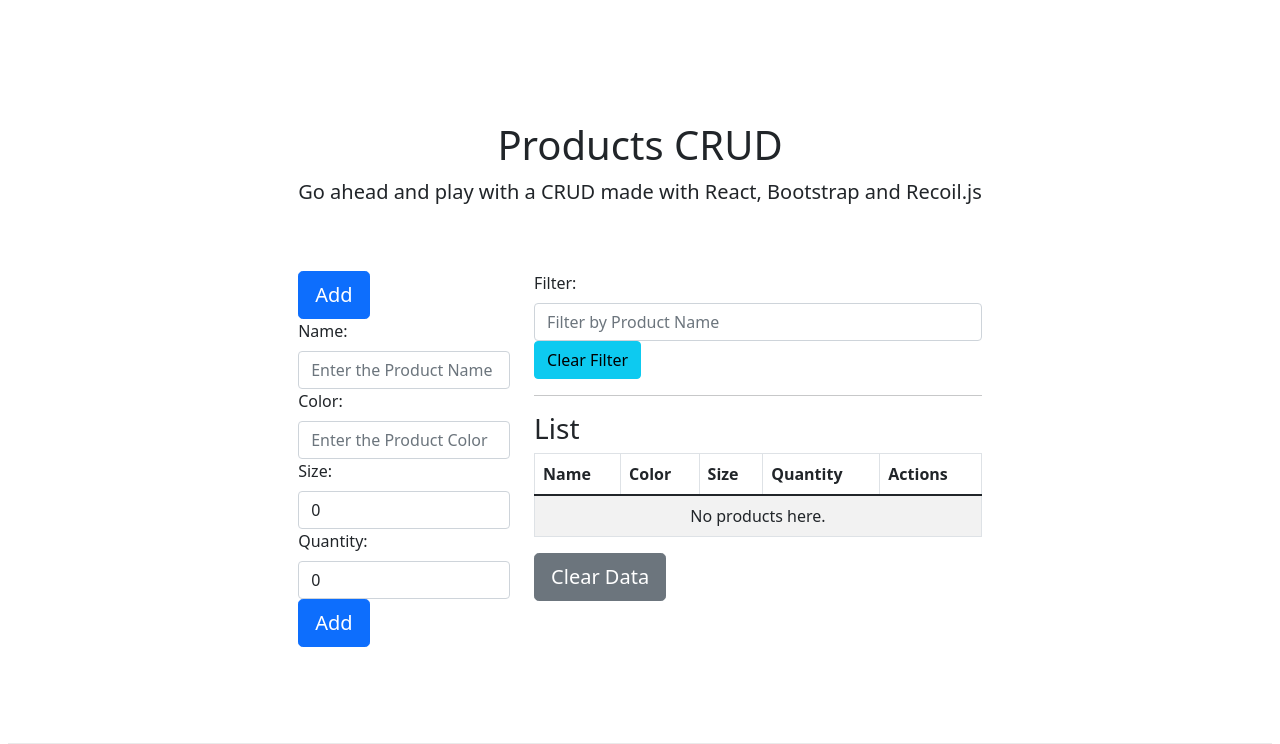
Repository: vperea95/crud-next
Page: /
An editor plug-in stored every save of this project. The page is shown before and after the next save, followed by the edit.
The browser window is 1280 px wide. The pictures show the whole page.
The project was rebuilt for these pictures with package versions that can differ from the ones it lists, and the page was loaded fresh each time. The framework's server and built-in components were replaced by stand-ins that run in the browser. Also part of the build but not shown: next.config.js.

Above is the page before, as saved 2021-11-19 14:22:05.

### pages/index.js
import Head from 'next/head'
import Image from 'next/image'
import styles from '../styles/Home.module.css'
import App from './app'

export default function Home() {
  return (
    <div className={styles.container}>
      <Head>
        <title>Create Next App</title>
        <meta name="description" content="Generated by create next app" />
        <link rel="icon" href="/favicon.ico" />
      </Head>

      <main className={styles.main}>
        <App/>
      </main>

      <footer className={styles.footer}>

      </footer>
    </div>
  )
}

### pages/app.js
import React from "react";
import Container from "react-bootstrap/Container";
import { Row, Col } from "react-bootstrap";

import AddProduct from "../components/AddProduct";
import FilterProducts from "../components/FilterProducts";
import ListProducts from "../components/ListProducts";

function App() {
  return (
    <Container className="p-3">
      <div className="py-5 text-center">
        <h1>Products CRUD</h1>
        <p className="lead">
          Go ahead and play with a CRUD made with React, Bootstrap and Recoil.js
        </p>
      </div>
      <Row>
        <Col>
          <AddProduct />
        </Col>
        <Col className="col-8">
          <FilterProducts />
          <hr />
          <ListProducts />
        </Col>
      </Row>
    </Container>
  );
}

export default App;

### components/AddProduct.js
import React, { useState } from "react";
import { Button} from "react-bootstrap";
import CreateModal from "./modals/AddProduct";


const AddProduct = () => {
  const [showCreate, setShowCreate] = useState(false);
  const handleCreateClose = () => setShowCreate(false);
  const handleCreateShow = () => setShowCreate(true);
  const CreateProduct = () => {
    handleCreateShow();
  };
  return (
    <>
        <Button variant="primary" size="lg" onClick={() => CreateProduct()}>
          Add
        </Button>

        <CreateModal
          show={showCreate}
          handleClose={handleCreateClose}
        />
    </>
  );
};

export default AddProduct;

### components/FilterProducts.js
import React from "react";
import { useRecoilState } from "recoil";

import { filterProductsValue } from "../store";
import { Form, Button } from "react-bootstrap";

const FilterProducts = () => {
  const [filterProductsState, filterProducts] = useRecoilState(
    filterProductsValue
  );

  const filter = (event) => {
    const { value } = event.target;
    filterProducts(value);
  };

  const clearFilter = () => filterProducts("");

  return (
    <Form>
      <Form.Group controlId="name">
        <Form.Label>Filter:</Form.Label>
        <Form.Control
          type="text"
          placeholder="Filter by Product Name"
          value={filterProductsState}
          onChange={(e) => filter(e)}
        />
      </Form.Group>

      <Button variant="info" onClick={() => clearFilter()}>
        Clear Filter
      </Button>
    </Form>
  );
};

export default FilterProducts;

### components/ListProducts.js
import React, { useState } from "react";
import { Table, Button } from "react-bootstrap";

import { useRecoilValue, useResetRecoilState } from "recoil";
import { filterProducts, filterProductsValue, products } from "../store";
import EditModal from "./modals//EditModal";
import DeleteModal from "./modals/DeleteModal";
import CreateModal from "./modals/AddProduct";

const ListProducts = () => {
  const productsState = useRecoilValue(filterProducts);
  const resetList = useResetRecoilState(products);
  const resetfilterProductsValue = useResetRecoilState(filterProductsValue);

  // Modals
  const [showCreate, setShowCreate] = useState(false);
  const [showEdit, setShowEdit] = useState(false);
  const [showDelete, setShowDelete] = useState(false);
  const [userId4Actions, setUserId4Actions] = useState(0);

  const handleCreateClose = () => setShowCreate(false);
  const handleCreateShow = () => setShowCreate(true);

  const handleEditClose = () => setShowEdit(false);
  const handleEditShow = () => setShowEdit(true);

  const handleDeleteClose = () => setShowDelete(false);
  const handleDeleteShow = () => setShowDelete(true);

  const resetAtoms = () => {
    resetList();
    resetfilterProductsValue();
  };

  const editProduct = (id) => {
    handleEditShow();
    setUserId4Actions(id);
  };

  const deleteProduct = (id) => {
    handleDeleteShow();
    setUserId4Actions(id);
  };

  return (
    <>
      <h3>List</h3>

      <Table striped bordered hover responsive>
        <thead>
          <tr>
            <th>Name</th>
            <th>Color</th>
            <th>Size</th>
            <th>Quantity</th>
            <th>Actions</th>
          </tr>
        </thead>
        <tbody>
          {!productsState.length ? (
            <tr>
              <td colSpan="5" style={{ textAlign: "center" }}>
                No products here.
              </td>
            </tr>
          ) : (
            productsState.map((item, index) => (
              <tr key={item.id}>
                <td>{item.name}</td>
                <td>{item.color}</td>
                <td>{item.size}</td>
                <td>{item.quantity}</td>
                <td colSpan="2">
                  <Button
                    variant="secondary"
                    onClick={() => editProduct(item.id)}
                  >
                    Edit
                  </Button>{" "}
                  {" | "}
                  <Button
                    variant="danger"
                    onClick={() => deleteProduct(item.id)}
                  >
                    Delete
                  </Button>
                </td>
              </tr>
            ))
          )}
        </tbody>
      </Table>

      <Button variant="secondary" size="lg" onClick={() => resetAtoms()}>
        Clear Data
      </Button>

      <EditModal
        show={showEdit}
        id={userId4Actions}
        handleClose={handleEditClose}
      />
      {/* <CreateModal
        show={showCreate}
        id={userId4Actions}
        handleClose={handleCreateClose}
      /> */}

      <DeleteModal
        show={showDelete}
        id={userId4Actions}
        handleClose={handleDeleteClose}
      />
    </>
  );
};

export default ListProducts;

### components/modals/AddProduct.js
import React, { useState } from "react";
import { Button, Form } from "react-bootstrap";

import { useSetRecoilState } from "recoil";
import { v4 as uuid4 } from "uuid";
import { products } from "../../store";


const AddProduct = () => {
  const [name, setName] = useState("");
  const [color, setColor] = useState("");
  const [size, setSize] = useState(0.0);
  const [quantity, setQuantity] = useState(0);
  const setProducts = useSetRecoilState(products);

  const onChangeName = (e) => {
    setName(e.target.value);
  };

  const onChangeColor = (e) => {
    setColor(e.target.value);
  };

  const onChangeSize = (e) => {
    setSize(e.target.value);
  };

  const onChangeQuantity = (e) => {
    setQuantity(e.target.value);
  };

  const addProduct = () => {
    setProducts((oldList) => [
      ...oldList,
      {
        id: uuid4(),
        name: name,
        color: color,
        size: size,
        quantity: quantity,
      },
    ]);

    resetForm();
  };

  const resetForm = () => {
    setName("");
    setColor("");
    setSize(0.0);
    setQuantity(0);
  };

  return (
    <Form>
      <Form.Group controlId="name">
        <Form.Label>Name:</Form.Label>
        <Form.Control
          type="text"
          value={name}
          placeholder="Enter the Product Name"
          onChange={(e) => onChangeName(e)}
        />
      </Form.Group>

      <Form.Group controlId="color">
        <Form.Label>Color:</Form.Label>
        <Form.Control
          type="text"
          value={color}
          placeholder="Enter the Product Color"
          onChange={(e) => onChangeColor(e)}
        />
      </Form.Group>

      <Form.Group controlId="size">
        <Form.Label>Size:</Form.Label>
        <Form.Control
          type="number"
          value={size}
          placeholder="Enter the Product Size"
          onChange={(e) => onChangeSize(e)}
        />
      </Form.Group>

      <Form.Group controlId="quantity">
        <Form.Label>Quantity:</Form.Label>
        <Form.Control
          type="number"
          value={quantity}
          placeholder="Enter the Product Quantity"
          onChange={(e) => onChangeQuantity(e)}
        />
      </Form.Group>

      <Button variant="primary" size="lg" onClick={() => addProduct()}>
        Add
      </Button>
    </Form>
  );
};

export default AddProduct;

// function replaceProduct(products, i, newVal) {
//   return [...products.slice(0, i), newVal, ...products.slice(i + 1)];
// }

### store/index.js
export { products, filterProductsValue } from "./atom";
export { filterProducts } from "./selector";

### components/modals/EditModal.js
import React, { useState } from "react";
import { Button, Form, Modal } from "react-bootstrap";
import { useRecoilState } from "recoil";
import { products } from "../../store";

const EditModal = (props) => {
  const { show, id, handleClose } = props;

  const [productList, setProductList] = useRecoilState(products);
  const product = productList.length
    ? productList.find((item) => item.id === id)
    : null;
  const index = productList.findIndex((item) => item === product);

  const [name, setName] = useState("");
  const [color, setColor] = useState("");
  const [size, setSize] = useState(0.0);
  const [quantity, setQuantity] = useState(0);

  const onChangeName = (e) => {
    setName(e.target.value);
  };

  const onChangeColor = (e) => {
    setColor(e.target.value);
  };

  const onChangeSize = (e) => {
    setSize(e.target.value);
  };

  const onChangeQuantity = (e) => {
    setQuantity(e.target.value);
  };

  const updateProduct = () => {
    const newList = replaceProduct(productList, index, {
      ...product,
      name: name,
      color: color,
      size: size,
      quantity: quantity,
    });

    setProductList(newList);
    handleClose();
  };

  return (
    <>
      {product ? (
        <Modal show={show} onHide={handleClose}>
          <Modal.Header closeButton>
            <Modal.Title>Edit the Product</Modal.Title>
          </Modal.Header>
          <Modal.Body>
            <Form>
              <Form.Group controlId="name">
                <Form.Label>Name</Form.Label>
                <Form.Control
                  type="text"
                  placeholder="Enter the Product Name"
                  defaultValue={product.name}
                  onChange={(e) => onChangeName(e)}
                />
              </Form.Group>

              <Form.Group controlId="color">
                <Form.Label>Color</Form.Label>
                <Form.Control
                  type="text"
                  placeholder="Enter the Product Color"
                  defaultValue={product.color}
                  onChange={(e) => onChangeColor(e)}
                />
              </Form.Group>

              <Form.Group controlId="size">
                <Form.Label>Size</Form.Label>
                <Form.Control
                  type="number"
                  placeholder="Enter the Product Size"
                  defaultValue={product.size}
                  onChange={(e) => onChangeSize(e)}
                />
              </Form.Group>

              <Form.Group controlId="quantity">
                <Form.Label>Quantity</Form.Label>
                <Form.Control
                  type="number"
                  placeholder="Enter the Product Quantity"
                  defaultValue={product.quantity}
                  onChange={(e) => onChangeQuantity(e)}
                />
              </Form.Group>
            </Form>
          </Modal.Body>
          <Modal.Footer>
            <Button variant="secondary" onClick={() => handleClose()}>
              Close
            </Button>
            <Button variant="primary" onClick={() => updateProduct()}>
              Save Changes
            </Button>
          </Modal.Footer>
        </Modal>
      ) : (
        ""
      )}
    </>
  );
};

function replaceProduct(products, i, newVal) {
  return [...products.slice(0, i), newVal, ...products.slice(i + 1)];
}

export default EditModal;

### components/modals/DeleteModal.js
import React from "react";
import { Button, Modal } from "react-bootstrap";
import { useRecoilState } from "recoil";

import { products } from "../../store";

const DeleteModal = (props) => {
  const { show, id, handleClose } = props;


  const [productList, setProductList] = useRecoilState(products);
  const product = productList.length
    ? productList.find((item) => item.id === id)
    : null;
  const index = productList.findIndex((item) => item === product);

  const deleteProduct = () => {
    setProductList(removeProduct(productList, index));
    handleClose();
  };

  return (
    <>
      {product ? (
        <Modal show={show} onHide={handleClose}>
          <Modal.Header closeButton>
            <Modal.Title>Delete the Product</Modal.Title>
          </Modal.Header>
          <Modal.Body>Are you sure?</Modal.Body>
          <Modal.Footer>
            <Button variant="secondary" onClick={() => handleClose()}>
              Close
            </Button>
            <Button variant="primary" onClick={() => deleteProduct()}>
              Yes, Do it.
            </Button>
          </Modal.Footer>
        </Modal>
      ) : (
        ""
      )}
    </>
  );
};

function removeProduct(products, i) {
  return [...products.slice(0, i), ...products.slice(i + 1)];
}

export default DeleteModal;

### store/atom.js
import { atom } from "recoil";

export const products = atom({
  key: "products",
  default: [],
});

export const filterProductsValue = atom({
  key: "filterProductsValue",
  default: "",
});

### store/selector.js
import { selector } from "recoil";
import { products, filterProductsValue } from ".";

export const filterProducts = selector({
  key: "filterProducts",
  get: ({ get }) => {
    const productsState = get(products);
    const filterProductsValueState = get(filterProductsValue);

    if (filterProductsValueState.length) {
      return productsState.filter(
        (item) => item.name.includes(filterProductsValueState.trim()) && item
      );
    }
    return products;
  },
});

Loaded but not shown: pages/_app.js (common file); styles/globals.css (common file); styles/Home.module.css (common file)

After the next save:
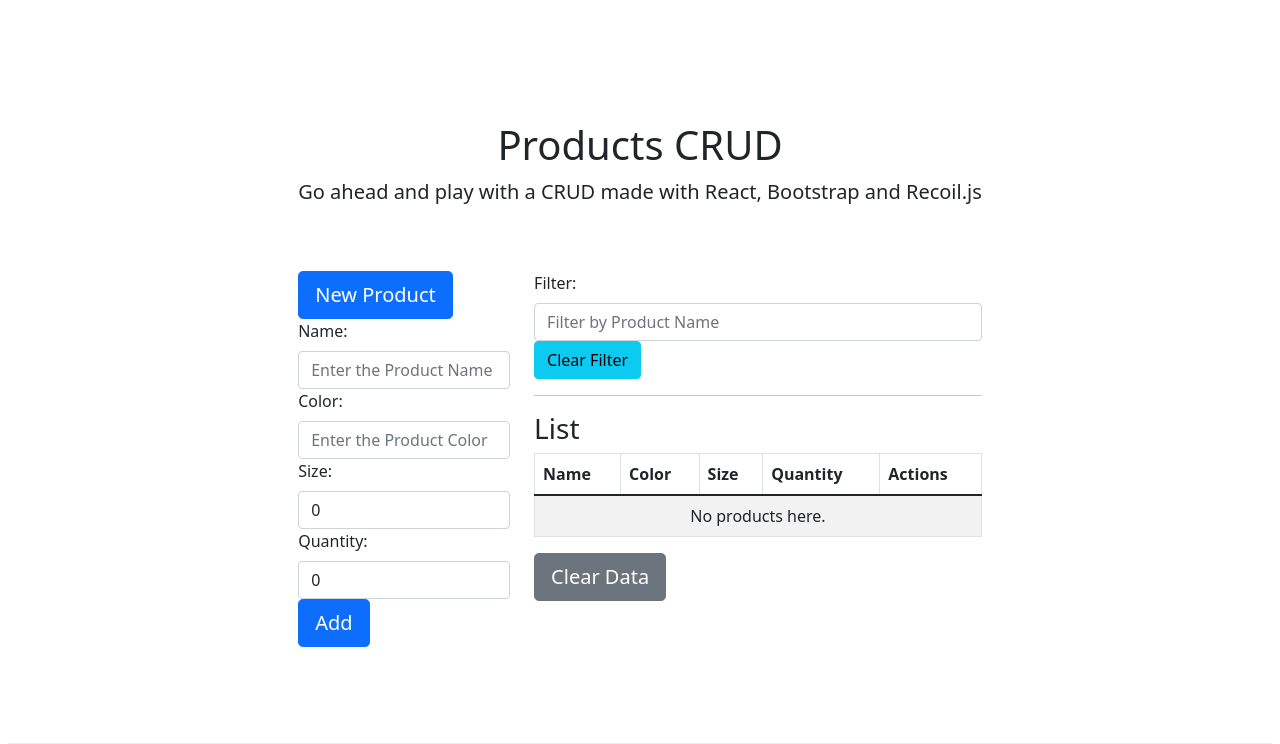
Saved 4 min 5 s later.
--- a/components/AddProduct.js
+++ b/components/AddProduct.js
@@ -13,7 +13,7 @@ const AddProduct = () => {
   return (
     <>
         <Button variant="primary" size="lg" onClick={() => CreateProduct()}>
-          Add
+          New Product
         </Button>
 
         <CreateModal
